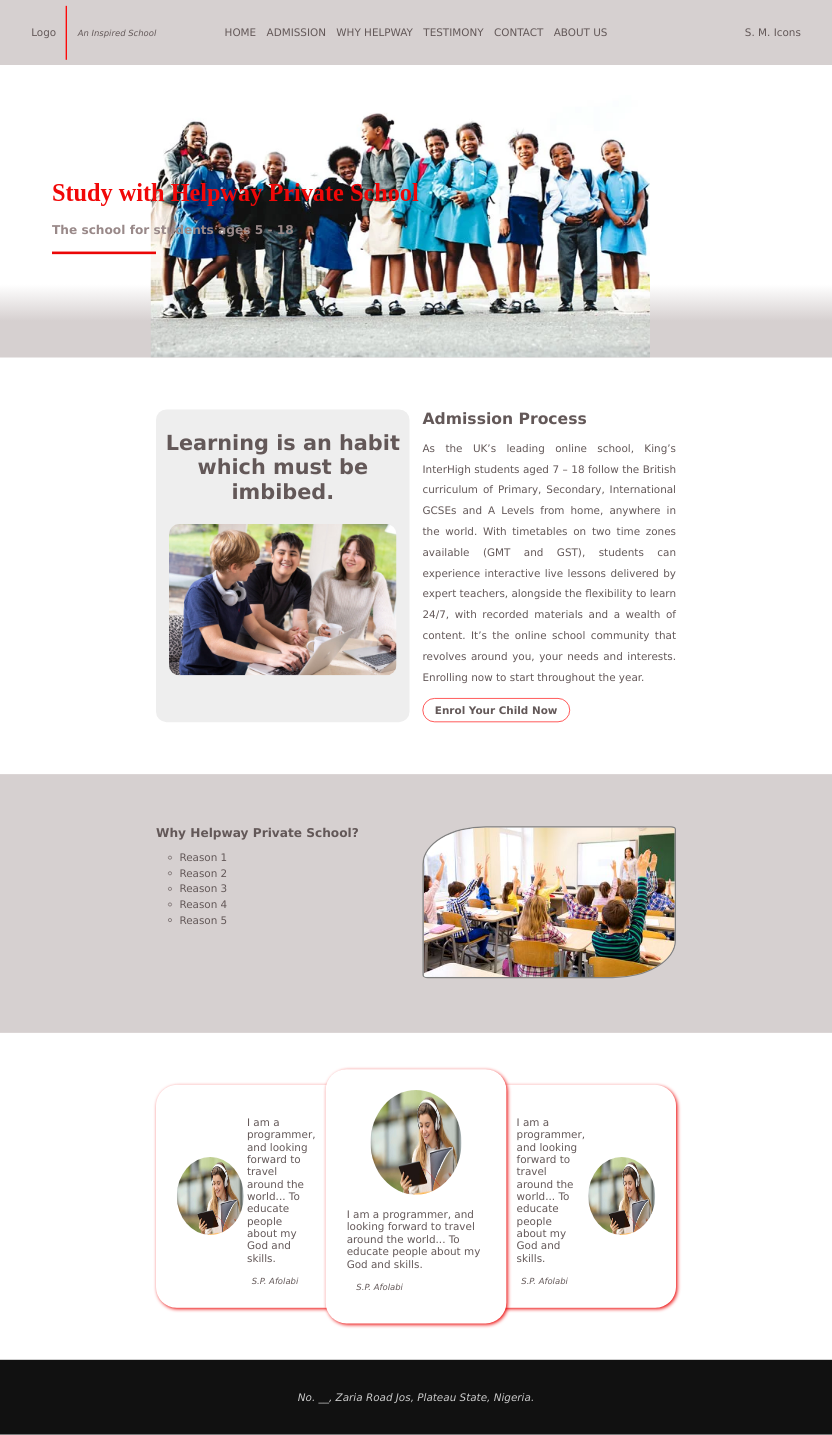
Repository: Lecon-Git/helpway-website
Page: index.html
An editor plug-in stored every save of this project. The page is shown before and after the next save, followed by the edit.
The browser window is 1280 px wide. The pictures show the whole page, at 65% of full size.

Above is the page before, as saved 2021-11-14 14:28:58.

### index.html
<!DOCTYPE html>
<html lang="en">

<head>
    <meta charset="UTF-8">
    <meta http-equiv="X-UA-Compatible" content="IE=edge">
    <meta name="viewport" content="width=device-width, initial-scale=1.0">
    <title>Helpway Private School</title>
    <link rel="stylesheet" href="css/style.css">
    <link rel="stylesheet" href="css/comment.css">
</head>

<body>

    <!-- container -->
    <div class="container">
        <!-- header -->
        <div class="header">
            <div class="h upper_menu">
                <div class="um logo">
                    <span id="logo" title="Helpway Logo">Logo</span>
                    <span class="divider"></span>
                    <span><i>An Inspired School</i></span>
                </div>
                <!-- Menu -->
                <div class="um nav">
                    <ul id="tabs">
                        <li><a href="#" id="active">HOME</a></li>
                        <li><a href="#admission">ADMISSION</a></li>
                        <li>
                            <a href="#why_helpway">WHY HELPWAY</a>
                        </li>
                        <li>
                            <a href="#testimony">TESTIMONY</a>
                        </li>
                        <li><a href="#contact">CONTACT</a></li>
                        <li><a href="#about_us">ABOUT US</a></li>
                    </ul>
                </div>
                <div class="um ">S. M. Icons</div>
            </div>
            <!-- Banner Section -->
            <div class="h banner">
                <img src="images/School-children.webp" alt="School Children" class="banner_img">
                <div class="cover">
                    <div class="cover_in">
                        <h1 class="display">Study with Helpway Private School</h1>
                        <h3 id="sub-display">The school for students ages 5 - 18</h3>
                        <div id="underline"></div>
                    </div>
                </div>
            </div>
        </div>
        <!-- body -->
        <div class="body">
            <!-- Admission Into Helpway Section -->
            <div class="main" id="admission">
                <div class="m heading sub_admission">
                    <h1 class="sub_a">Learning is an habit which must be imbibed.</h1>
                    <img class="sub_a sub_a_img" src="images/ict.jpg" alt="">
                </div>
                <div class="m">
                    <h2>Admission Process</h2>
                    <p class="describe">
                        As the UK’s leading online school, King’s InterHigh students aged 7 – 18 follow the British curriculum of Primary, Secondary, International GCSEs and A Levels from home, anywhere in the world. With timetables on two time zones available (GMT and GST),
                        students can experience interactive live lessons delivered by expert teachers, alongside the flexibility to learn 24/7, with recorded materials and a wealth of content. It’s the online school community that revolves around you,
                        your needs and interests. Enrolling now to start throughout the year.
                    </p>
                    <div class="enquiry_btn">Enrol Your Child Now</div>
                </div>
            </div>
            <!-- Why Helpway Section -->
            <div class="main main_2" id="why_helpway">
                <div class="m">
                    <h3>Why Helpway Private School?</h3>
                    <ul id="list">
                        <li>Reason 1</li>
                        <li>Reason 2</li>
                        <li>Reason 3</li>
                        <li>Reason 4</li>
                        <li>Reason 5</li>
                    </ul>
                </div>
                <div class="m heading">
                    <img id="main_image" src="./images/school-children.jpg" alt="" srcset="">
                </div>
            </div>

            <!-- Testimony Section -->
            <div class="main testimony" id="testimony">
                <div class="testimonial">
                    <img class="t_child t_child_img" src=" images/shutterstock_552056233-2-col.jpg " alt=" ">
                    <div class="t_child testimony_text ">
                        <p>I am a programmer, and looking forward to travel around the world... To educate people about my God and skills.</p>
                        <span><i>S.P. Afolabi</i></span>
                    </div>
                </div>
                <div class="testimonial ">
                    <img class="t_child t_child_img" src=" images/shutterstock_552056233-2-col.jpg " alt=" ">
                    <div class="t_child testimony_text ">
                        <p>I am a programmer, and looking forward to travel around the world... To educate people about my God and skills.</p>
                        <span><i>S.P. Afolabi</i></span>
                    </div>
                </div>
                <div class="testimonial ">
                    <div class="t_child testimony_text ">
                        <p>I am a programmer, and looking forward to travel around the world... To educate people about my God and skills.</p>
                        <span><i>S.P. Afolabi</i></span>
                    </div>
                    <img class="t_child t_child_img" src=" images/shutterstock_552056233-2-col.jpg " alt=" ">
                </div>
            </div>
        </div>
        <!-- footer -->
        <div class="footer">
            <div class="f_child" id="contact"></div>
            <div class="f_child" id="about_us">
                <address>No. __, Zaria Road Jos, Plateau State, Nigeria.</address>
            </div>
        </div>
    </div>


    <script src="js/utils.js "></script>
    <script src="js/comment.js "></script>
</body>

</html>

### css/style.css
body {
    margin: 0;
    padding: 0;
    font-family: Verdana, Geneva, Tahoma, sans-serif;
    color: rgb(99, 88, 88);
}

h1,
h2,
h3,
h4,
h5,
h6 {
    margin: 0;
    padding: 0;
}

a {
    text-decoration: 0;
    color: rgb(99, 88, 88);
}

ul,
li {
    list-style: none;
    margin: 0;
    padding: 0;
}

.display {
    font-size: 28pt;
    font-family: cursive;
}

#tabs {
    display: flex;
    align-items: center;
    justify-content: center;
}

#tabs li a {
    padding: 0 0.5em;
}

.divider {
    border: none;
    border-right: 2px solid red;
    padding: 2em 2%;
}

ul#list {
    padding: 1em;
}

ul#list li {
    list-style: circle;
    margin-left: 20px;
    line-height: 1.5;
}

.header {
    display: flex;
    flex-direction: column;
}

.upper_menu {
    box-sizing: border-box;
    display: flex;
    flex-direction: row;
    height: 100px;
    padding: 8px 3em;
    align-items: center;
    justify-content: center;
    background-color: rgb(214, 208, 208);
}

i {
    font-size: small;
    padding: 0 2% 0 7%;
}

#logo {
    cursor: pointer;
}

.um {
    flex: 1;
}

.nav {
    flex: 3;
}

.um:last-child {
    text-align: right;
}

.banner {
    position: relative;
    contain: content;
    text-align: center;
    height: 450px;
    width: 100%;
    background-image: linear-gradient( #fff, #fff, #fff, #fff, #fff, #fff, #fff, rgb(214, 208, 208), rgb(214, 208, 208));
}

.banner .cover {
    text-align: left;
    position: absolute;
    top: 10em;
    left: 5em;
    line-height: 2;
}

.banner_img {
    width: 60%;
    height: 450px;
    margin-right: 3em;
}

#underline {
    margin-top: 15px;
    width: 10em;
    border: none;
    border-bottom: 4px solid rgb(235, 7, 7);
}

.display {
    color: rgb(241, 8, 8);
}

#sub-display {
    color: rgb(153, 137, 137);
}

.main {
    display: flex;
    flex-direction: row;
    padding: 5em 15em;
}

.main .m {
    flex: 1;
}

.main .m:last-child {
    margin-left: 20px;
}

.sub_admission {
    box-sizing: border-box;
    display: flex;
    flex-direction: column;
    align-items: center;
    padding: 2em 0;
    border-radius: 1em;
    background-color: #eee;
}

.sub_a_img {
    margin-top: 30px;
    width: 350px;
    height: auto;
    border-radius: 1em;
}

.heading {
    box-sizing: border-box;
    text-align: center;
    font-size: medium;
}

.describe {
    line-height: 2;
    text-align: justify;
}

.enquiry_btn {
    border: 1px solid red;
    width: fit-content;
    padding: 8px 18px;
    text-align: center;
    cursor: pointer;
    border-radius: 3em;
    font-weight: bold;
}

.enquiry_btn:hover {
    background-color: rgb(241, 8, 8);
    color: #eee;
}

.main_2 {
    background-color: rgb(214, 208, 208);
}

#main_image {
    box-sizing: border-box;
    width: 100%;
    height: auto;
    border: 2px solid gray;
    border-radius: 25% 2% 25% 2%;
    contain: content;
}

ul li#why_item {
    list-style-type: circle;
}

.testimony {
    box-sizing: border-box;
    display: flex;
    flex-direction: row;
}

.testimonial {
    box-sizing: border-box;
    background-color: #fff;
    flex: 1;
    padding: 2em;
    border-radius: 2em 0 0 2em;
    box-shadow: 2px 2px 6px rgb(235, 7, 7);
    display: flex;
    flex-direction: row;
    align-items: center;
}

.t_child {
    flex: 1;
}

.t_child:first-child {
    margin-right: 5px;
}

.t_child_img {
    width: 100px;
    height: 120px;
    border-radius: 50%;
}

.testimonial:nth-child(even) {
    flex-direction: column;
    z-index: 100;
    position: relative;
    border-radius: 2em;
    margin: -3% -2%;
}

.testimonial:nth-child(even) .t_child:first-child {
    margin-right: 0;
    margin-bottom: 5px;
}

.testimonial:nth-child(even) .t_child_img {
    width: 140px;
    height: 150px;
}

.testimonial:last-child {
    margin-right: 0;
    border-radius: 0 2em 2em 0;
}

.footer {
    box-sizing: border-box;
    padding: 3em;
    display: flex;
    flex-direction: column;
    text-align: center;
    background-color: #111;
    color: #ccc;
}

.f_child {
    flex: 1;
}


/*  */

Loaded but not shown: js/utils.js (common file); css/comment.css (no stored copy; drawn as an empty file); js/comment.js (no stored copy; drawn as an empty file)

After the next save:
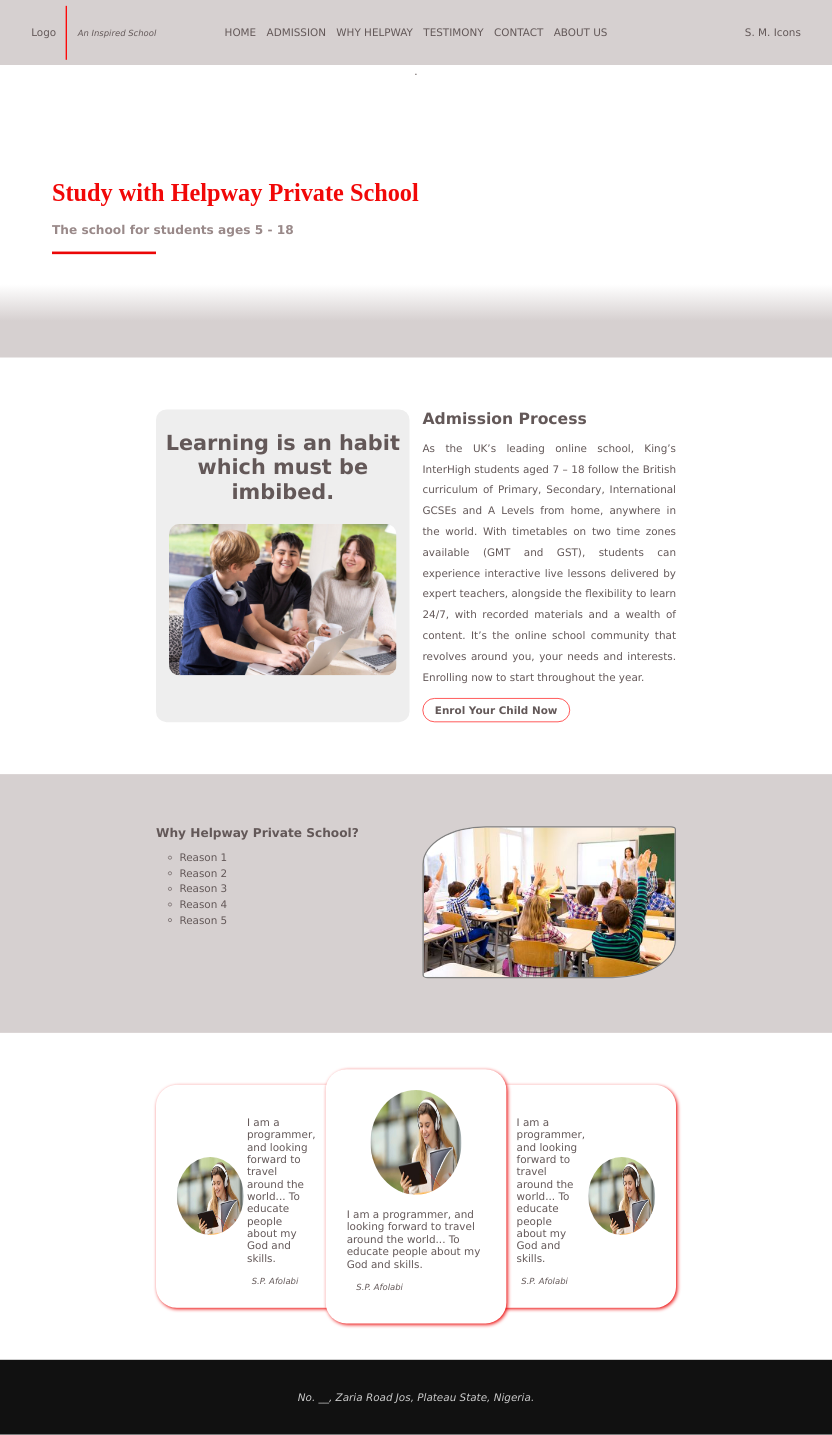
Saved 7 min 28 s later.
--- a/index.html
+++ b/index.html
@@ -41,7 +41,7 @@
             </div>
             <!-- Banner Section -->
             <div class="h banner">
-                <img src="images/School-children.webp" alt="School Children" class="banner_img">
+.
                 <div class="cover">
                     <div class="cover_in">
                         <h1 class="display">Study with Helpway Private School</h1>

After the 3 saves that followed:
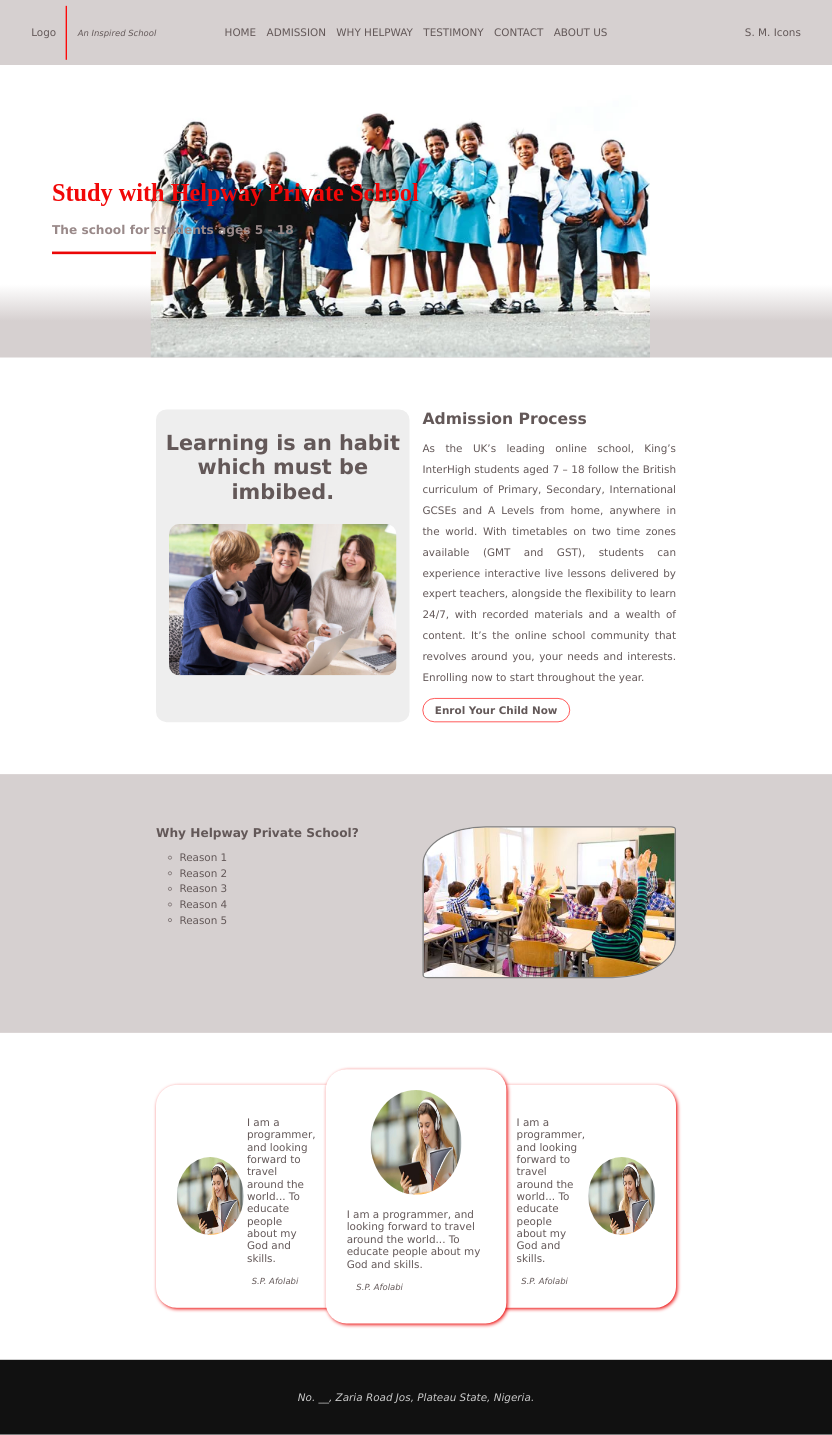
The 3 saves are shown as one change because they came seconds apart.
The last was saved 8 s later.
--- a/index.html
+++ b/index.html
@@ -41,7 +41,8 @@
             </div>
             <!-- Banner Section -->
             <div class="h banner">
-.
+                <div class="slider">
+                    <img src="images/School-children.webp" alt="School Children" class="banner_img"></div>
                 <div class="cover">
                     <div class="cover_in">
                         <h1 class="display">Study with Helpway Private School</h1>
